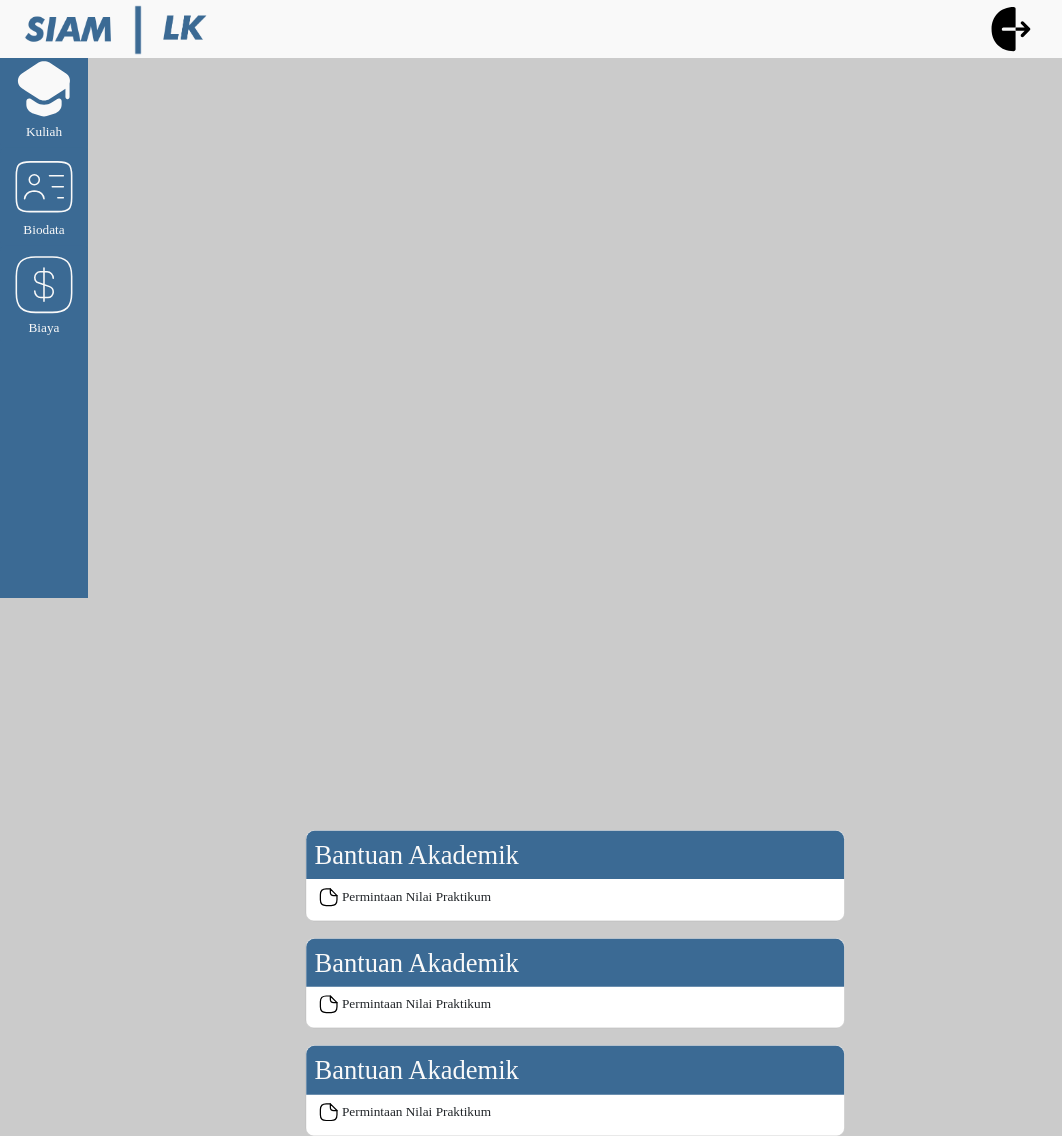
Repository: haikalirf/Project-IMK
Page: knowledgebase.html
These files come from the project's save history. The page is drawn as it stood at one moment and after the next save; the edit follows.
The browser window is 1280 px wide. The pictures show the whole page, at 83% of full size.
Some web fonts or font styles are not loaded; a fallback is used.

Above is the page before, as saved 2022-12-15 11:05:05.
Not found: scripts/.js

### knowledgebase.html
<!DOCTYPE html>
<html lang="en">
<head>
	<meta charset="UTF-8">
	<meta http-equiv="X-UA-Compatible" content="IE=edge">
	<meta name="viewport" content="width=device-width, initial-scale=1.0">
	<title>SIAM</title>
	<link rel="icon" href="/assets/logo_ub.ico">
	<link rel="stylesheet" href="https://cdn.jsdelivr.net/npm/bootstrap@5.2.3/dist/css/bootstrap.min.css" integrity="sha384-rbsA2VBKQhggwzxH7pPCaAqO46MgnOM80zW1RWuH61DGLwZJEdK2Kadq2F9CUG65" crossorigin="anonymous">
	<link rel="stylesheet" href="/styles/knowledgebase.css">
</head>
<body>
	<nav class="navbar" id="navbar">
		<div class="navbar-left">
			<a class="navbar-brand" href="/kuliah.html">
				<img class="navbar-image" src="/assets/SIAM.png" alt="SIAM">
			</a>
			<img src="/assets/Garis.svg" alt="">
			<a class="navbar-extra" href="kemahasiswaan.html">
				<img class="navbar-image" src="assets/LK.png" alt="Layanan Kemahasiswaan">
			</a>
		</div>
		<a class="navbar-link" href="landing.html">
			<img id="navbar-image" src="/assets/Logout.svg" alt="Logout">
		</a>
	</nav>
	<div class="mh-100" id="sidebar">
		<a class="btn" href="kuliah.html">
			<img id="sidebar-kuliah" src="/assets/Kuliah Logo.svg" alt="Kuliah">
			<label for="sidebar-kuliah">Kuliah</label>
		</a>
		<a class="btn" href="">
			<img id="sidebar-biodata" src="/assets/Biodata Logo Kosong.svg" alt="Biodata">
			<label for="sidebar-biodata">Biodata</label>
		</a>
		<a class="btn" href="">
			<img id="sidebar-biaya" src="/assets/Biaya Logo Kosong.svg" alt="Biaya">
			<label for="sidebar-biaya">Biaya</label>
		</a>
	</div>
	<main>
		<div class="card">
			<h2>Bantuan Akademik</h2>
			<ul class="list-group-flush">
				<li class="list-group-item">
					<img class="icon" src="assets/Logo Docs.svg" alt="">
					<p>Permintaan Nilai Praktikum</p>
					<a href="">
						<span class="link-spanner"></span>
					</a>
				</li>
			</ul>
		</div>
		<div class="card">
			<h2>Bantuan Akademik</h2>
			<ul class="list-group-flush">
				<li class="list-group-item">
					<img class="icon" src="assets/Logo Docs.svg" alt="">
					<p>Permintaan Nilai Praktikum</p>
					<a href="">
						<span class="link-spanner"></span>
					</a>
				</li>
			</ul>
		</div>
		<div class="card">
			<h2>Bantuan Akademik</h2>
			<ul class="list-group-flush">
				<li class="list-group-item">
					<img class="icon" src="assets/Logo Docs.svg" alt="">
					<p>Permintaan Nilai Praktikum</p>
					<a href="">
						<span class="link-spanner"></span>
					</a>
				</li>
			</ul>
		</div>
	</main>
	<script src="https://cdn.jsdelivr.net/npm/bootstrap@5.2.3/dist/js/bootstrap.bundle.min.js" integrity="sha384-kenU1KFdBIe4zVF0s0G1M5b4hcpxyD9F7jL+jjXkk+Q2h455rYXK/7HAuoJl+0I4" crossorigin="anonymous"></script>
	<script src="/scripts/.js"></script>
</body>
</html>

### styles/knowledgebase.css
/* CSS Reset */
/*
	Josh's Custom CSS Reset
	https://www.joshwcomeau.com/css/custom-css-reset/
*/
*, *::before, *::after {
	box-sizing: border-box;
}
  * {
	margin: 0;
}
html, body {
	height: 100%;
}
body {
	line-height: 1.5;
	-webkit-font-smoothing: antialiased;
}
img, picture, video, canvas, svg {
	display: block;
	max-width: 100%;
}
input, button, textarea, select {
	font: inherit;
}
p, h1, h2, h3, h4, h5, h6 {
	overflow-wrap: break-word;
}
#root, #__next {
	isolation: isolate;
}
/* CSS Reset ends */

body {
	background-color: #cbcbcb;
	font-family: 'readex';
	font-size: 16px;
}

@font-face {
	font-family: 'readex';
	src:url('/assets/fonts/ReadexPro-Medium.ttf');
}

#navbar {
	display: flex;
	justify-content: space-between;
	position: fixed;
	background-color: #f9f9f9;
	z-index: 1;
	width: 100%;
	padding: 0px 30px;
}

.navbar-left {
	display: flex;
	align-items: center;
}

.navbar-image {
	height: 50px;
}

.navbar-extra {
	padding-bottom: 5px;
	margin-left: 15px;
}

main {
	padding-top: 1000px;
	padding-left: 106px;
	display: flex;
	flex-direction: column;
	align-items: center;
	height: 100vh;
	gap: 20px;
}

#sidebar {
	background-color: #3b6a94;
	display: flex;
	flex-direction: column;
	flex: 1;
	position: fixed;
	height: 100vh;
	padding-top: 60px;
}

#sidebar a:hover {
	background-color: #266093;
}

#sidebar img {
	width: 80px;
	height: 80px;
}

a img, a label {
	color: #f9f9f9;
}

.btn {
	background-color: #3b6a94;
}

.btn:hover {
	background-color: #266093;
}

.link-spanner{
	position:absolute;
	width:100%;
	height:100%;
	top:0;
	left: 0;
	z-index: 1;
}

.card {
	width: 650px;
	height: 200px;
	border-radius: 10px;
}

.card h2 {
	background-color: #3b6a94;
	color: #f9f9f9;
	border-radius: 10px 10px 0px 0px;
	padding: 10px;
}

.list-group-flush {
	padding-left: 15px;
}

.list-group-item *{
	display: inline;
}

.list-group-item p {
	vertical-align: middle;
}

@media (max-width: 620px) {
	.card {
		width: 90%;
	}
}

After the next save:
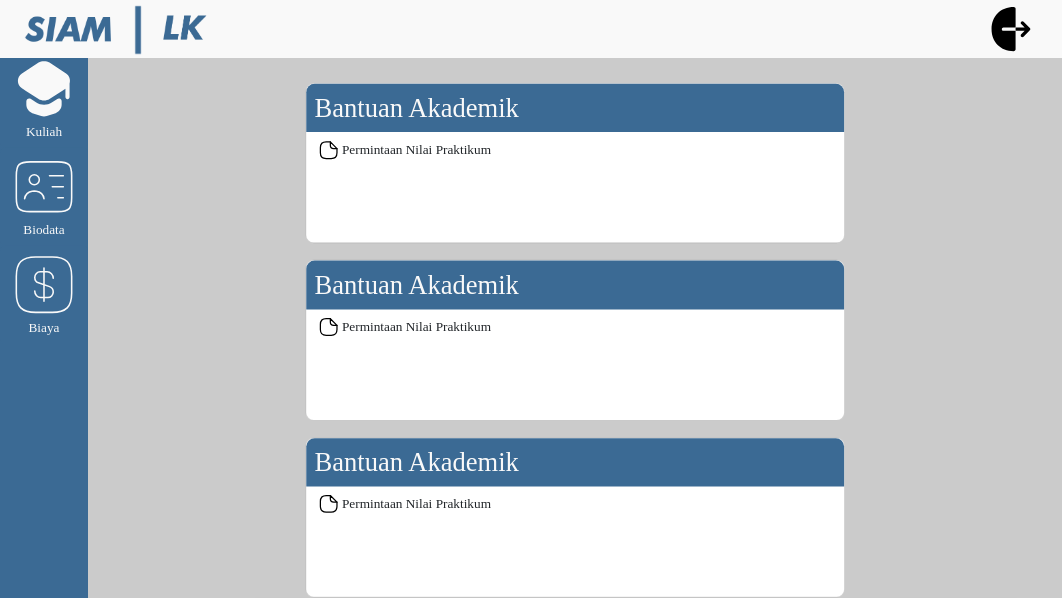
Saved 14 s later.
--- a/styles/knowledgebase.css
+++ b/styles/knowledgebase.css
@@ -67,7 +67,7 @@ body {
 }
 
 main {
-	padding-top: 1000px;
+	padding-top: 100px;
 	padding-left: 106px;
 	display: flex;
 	flex-direction: column;
